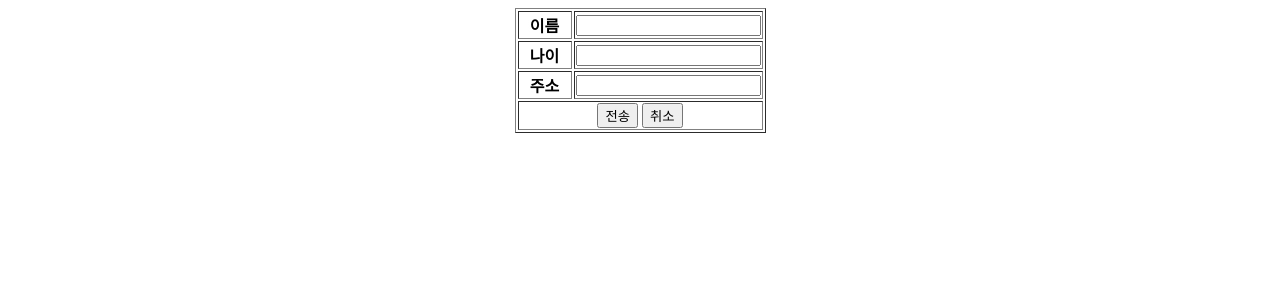
Repository: LTaeHoon/javajsp_ncs
Page: http://localhost/chap01_Jsp_Servlet/exam/userInfo01.jsp
These files come from the project's save history. The page is drawn as it stood at one moment and after the next save; the edit follows.
The browser window is 1280 px wide. The pictures show the whole page.
The page is served by Tomcat 9. Other server files are loaded and not shown.

Above is the page before, as saved 2017-01-11 06:46:44.

### chap01_Jsp_Servlet/WebContent/exam/userInfo01.jsp
<%@ page language="java" contentType="text/html; charset=UTF-8"
    pageEncoding="UTF-8"%>
<!DOCTYPE html PUBLIC "-//W3C//DTD HTML 4.01 Transitional//EN" "http://www.w3.org/TR/html4/loose.dtd">
<html>
<head>
<meta http-equiv="Content-Type" content="text/html; charset=UTF-8">
<title>Insert title here</title>
</head>
<body>
	<form name="frm" method="get" action="../userTest">
		<table align="center" border="1">
			<tr>
				<th width="50">이름</th>
				<td><input name ="name"/></td>
			</tr>
			<tr>
				<th width="50">나이</th>
				<td><input name ="age"/></td>
			</tr>
			<tr>
				<th width="50">주소</th>
				<td><input name ="address"/></td>
			</tr>
			<tr>
			 <th colspan="2">
			 <input type="submit" value="전송"/>
			 <input type="reset" value="취소"/>
			 </th>
			</tr>
		</table>
	</form>
</body>
</html>

Loaded but not shown: chap01_Jsp_Servlet/WebContent/js/jquery-3.js (library)

After the next save:
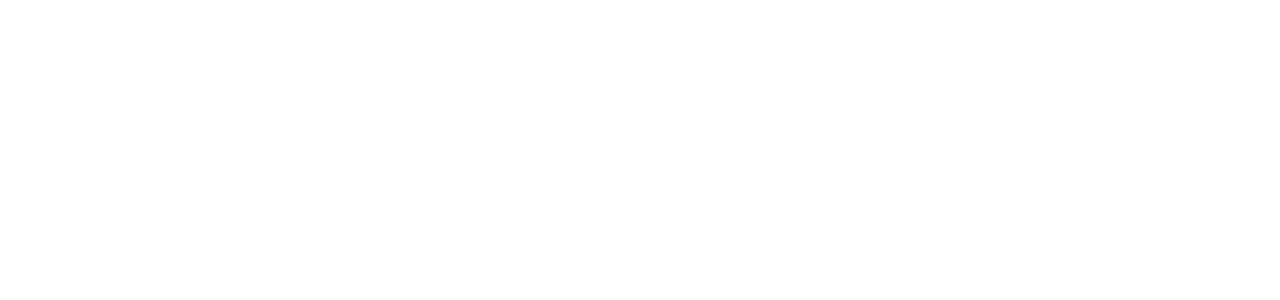
Saved 80 s later.
--- a/chap01_Jsp_Servlet/WebContent/exam/userInfo01.jsp
+++ b/chap01_Jsp_Servlet/WebContent/exam/userInfo01.jsp
@@ -5,6 +5,7 @@
 <head>
 <meta http-equiv="Content-Type" content="text/html; charset=UTF-8">
 <title>Insert title here</title>
+<script type="text/javascript" src="../js/jQuery-3.js></script>
 </head>
 <body>
 	<form name="frm" method="get" action="../userTest">

After the 2 saves that followed:
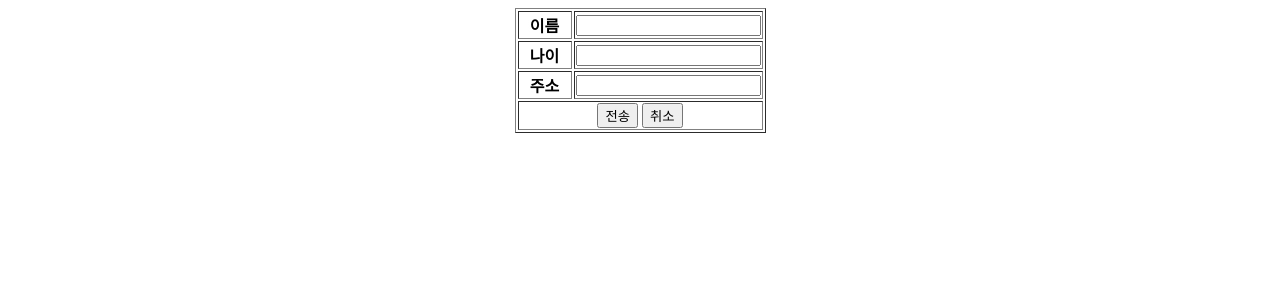
The 2 saves are shown as one change because 1 left the picture as it was.
The last was saved 66 s later.
--- a/chap01_Jsp_Servlet/WebContent/exam/userInfo01.jsp
+++ b/chap01_Jsp_Servlet/WebContent/exam/userInfo01.jsp
@@ -5,7 +5,22 @@
 <head>
 <meta http-equiv="Content-Type" content="text/html; charset=UTF-8">
 <title>Insert title here</title>
-<script type="text/javascript" src="../js/jQuery-3.js></script>
+  <script type="text/javascript" src="../js/jquery-3.js"></script>
+ <script>
+ 	function data_check(){
+ 		if($('#id').val()==""){
+ 			alert('아이디를 입력하세요.');
+ 			$('#id').focus();
+ 			return false; //서버 전송 차단
+ 		}
+ 		if($('#pwd').val()==""){
+ 			alert('비번를 입력하세요.');
+ 			$('#pwd').focus();
+ 			return false; //서버 전송 차단
+ 		}
+ 	}
+ </script>
+
 </head>
 <body>
 	<form name="frm" method="get" action="../userTest">
